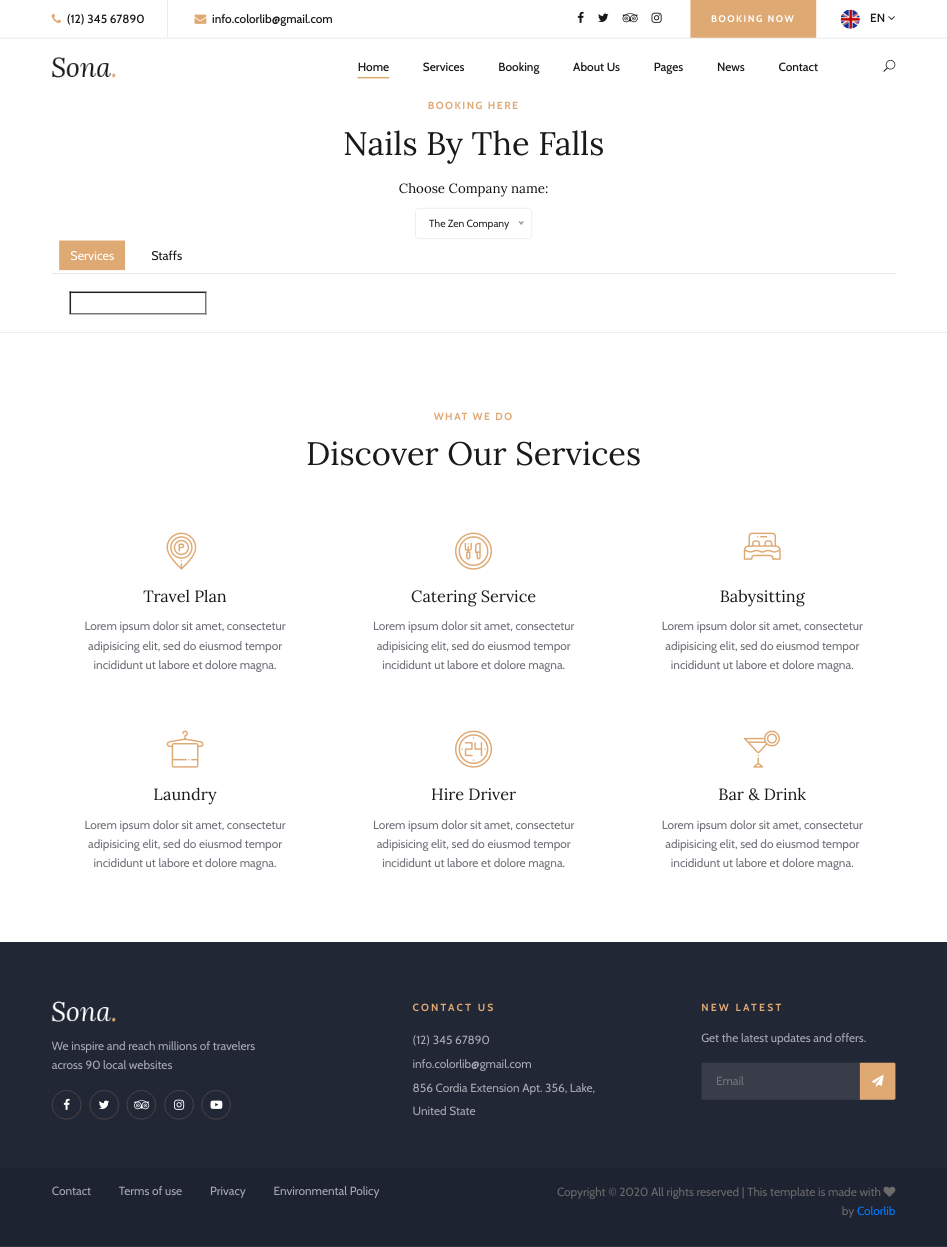
Repository: KeriBoss/Booking_Spa
Page: booking.html
These files come from the project's save history. The page is drawn as it stood at one moment and after the next save; the edit follows.
The browser window is 1280 px wide. The pictures show the whole page, at 74% of full size.

Above is the page before, as saved 2023-05-19 16:08:53.

After the next save:
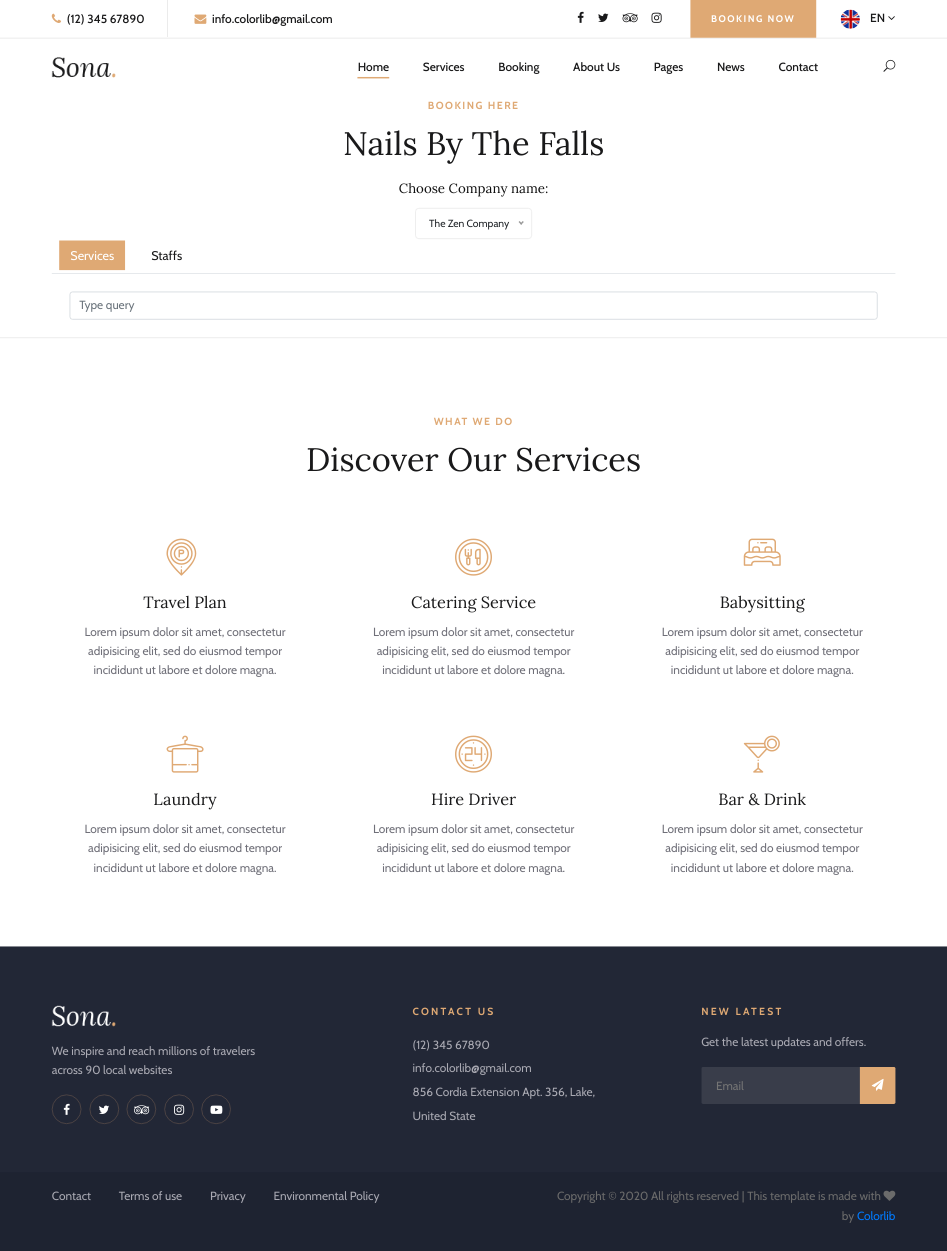
Saved 44 s later.
--- a/booking.html
+++ b/booking.html
@@ -201,7 +201,9 @@
                         <div class="tab-content p-4">
                             <div id="home" class="tab-pane fade show active">
                                 <form action="">
-                                    <input type="search" name="" id="">
+                                    <div class="form-outline">
+                                        <input type="search" id="form1" class="form-control" placeholder="Type query" aria-label="Search" />
+                                      </div>
                                 </form>
                             </div>
 
